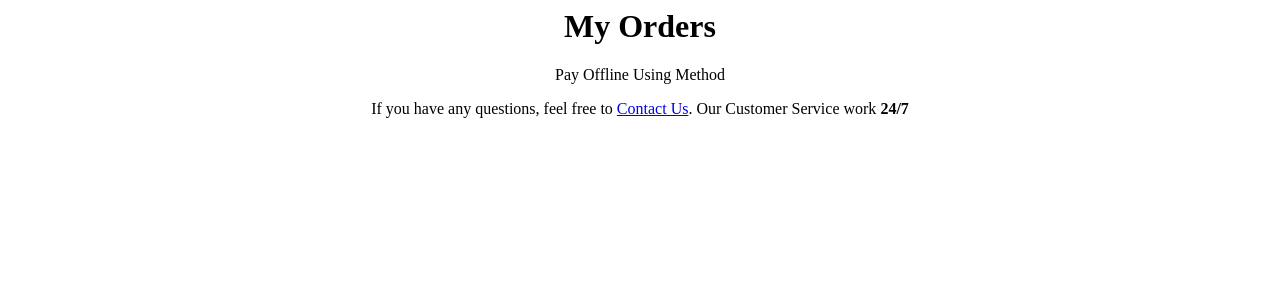
Repository: truonghuynhquy/M_Dev_Store
Page: http://localhost/customer/pay_offline.php
An editor plug-in stored every save of this project. The page is shown before and after the next save, followed by the edit.
The browser window is 1280 px wide. The pictures show the whole page.
The page is run by PHP 8.4 with error messages shown; the project is at /var/www/html/.

Above is the page before, as saved 2022-11-14 16:49:54.

After the next save:
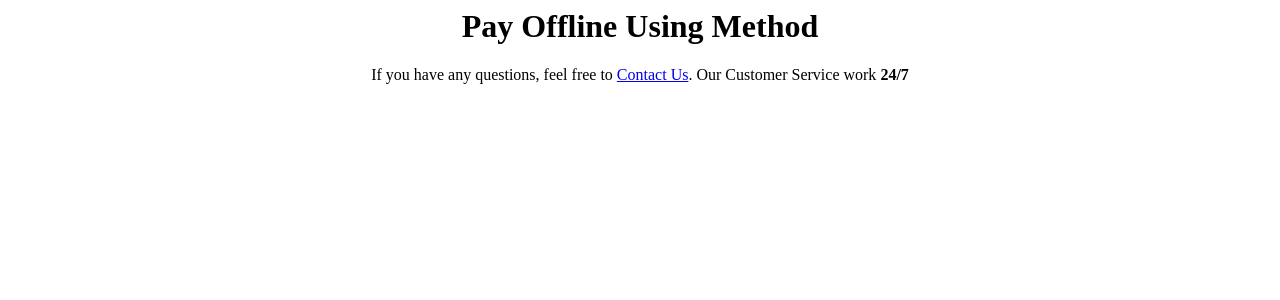
Saved 57 s later.
--- a/customer/pay_offline.php
+++ b/customer/pay_offline.php
@@ -1,8 +1,8 @@
-<center><!--  center Begin  -->
+<center>
+    <!--  center Begin  -->
 
-    <h1> My Orders </h1>
+    <h1> Pay Offline Using Method </h1>
 
-    <p class="lead"> Pay Offline Using Method </p>
 
     <p class="text-muted">
 
